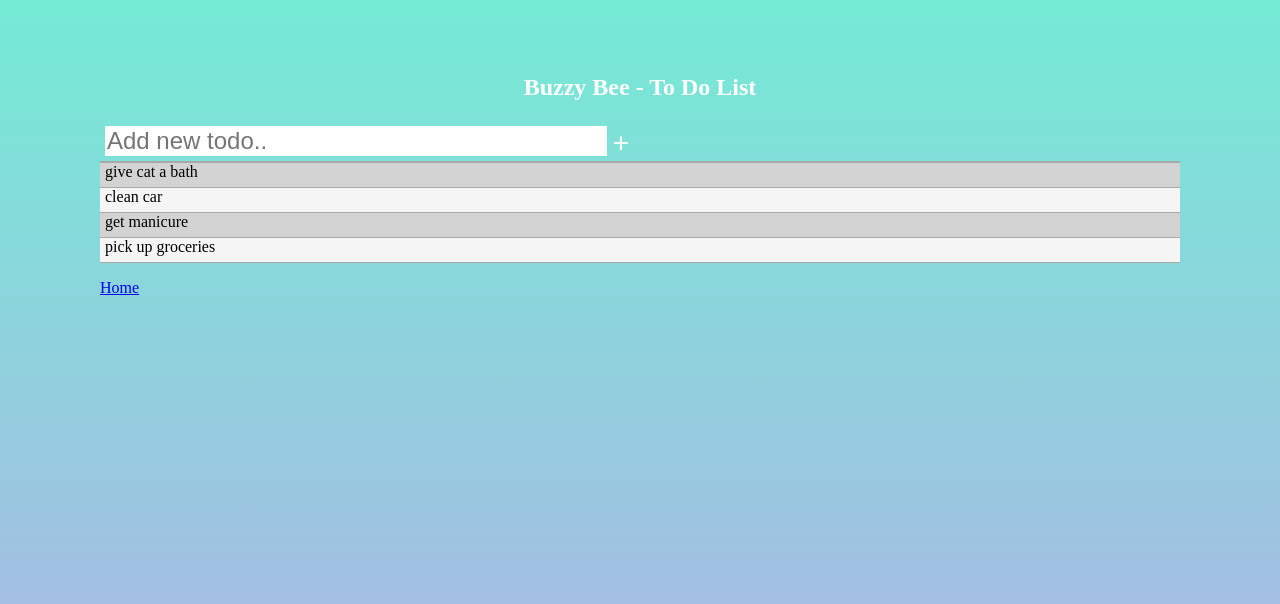
Repository: seleniadelgado/backend-spring2020-angie
Page: projects/todo/public_html/index.html
An editor plug-in stored every save of this project. The page is shown before and after the next save, followed by the edit.
The browser window is 1280 px wide. The pictures show the whole page.
The page's requests for data from a server got no answer.

Above is the page before, as saved 2020-05-12 21:43:47.

### projects/todo/public_html/index.html
<!DOCTYPE html>

<html lang="en">
    <head>
        <meta charset="utf-8">
        <title>Buzzy Bee - To Do List</title>
        <meta name="description" content="The HTML5 Herald">
        <meta name="author" content="SitePoint">
        <link rel="stylesheet" href="styles.css">
        <script
            src="https://code.jquery.com/jquery-3.5.0.min.js"
            integrity="sha256-xNzN2a4ltkB44Mc/Jz3pT4iU1cmeR0FkXs4pru/JxaQ="
            crossorigin="anonymous">
        </script>
</head>
<body>
    <div class="sectionTitle">
        <div class="appTitle">
            <h2>Buzzy Bee - To Do List</h2>
        </div>
        <div id="addNote">
            <input type="text" id="newNote" placeholder="Add new todo..">
            <button class="addBtn">+</button>
        </div>
    </div>

    <ul id="myList">
        <li class="checked">give cat a bath</li>
        <li>clean car</li>
        <li>get manicure</li>
        <li>pick up groceries</li>
    </ul>






















    <a href="http://localhost:3000/">Home</a>



    <script>
        $(document).ready(() => {
            let objectToSend = {
                note: "Do somethings",
                author: "Nick"
            }

            $.post("http://localhost:3000/newNote", objectToSend, (dataToGet) => {
                console.log(dataToGet);
            });
            $.post("http://localhost:3000/readNotes", {}, (dataToGet) => {
                let allNotesArray = dataToGet.notes;

                console.log(allNotesArray);
            })
        })

        //import the data from default user
        // make JSON into JS with parse.
        //with the list we want to populate our ul.
        //use jquery to access the dom, grab the string
        //loop over notes
        //add the note as an li to the ul
        //  Create li with jquery.
        //  target the ul with jquery and append the li.
        //note: $('<li></li>'')
        //      $('ul') -> a jquery list which holds the ul.
        //      get 1st element from the array

    </script>
</body>
</html>

### projects/todo/public_html/styles.css
:root {
    --main-color: linear-gradient(pink, orange);
}

html {
    background: linear-gradient(#74ebd5, #ACB6E5);
    height: 100%;
}
* {
    box-sizing: border-box;
}
body {
    margin: 0px 100px 75px 100px;
}

.sectionTitle {
    background-color: var(--main-color);
    text-align: center;
    border-bottom: 2px solid darkgray;
    margin-top: 0%;
}

.appTitle h2 {
    color: white;
    padding-top: 5%;
}
#addNote {
    display: flex;
    align-items: flex-start;
    padding: 5px;
    height: 30px;
    width: 50%;
    margin-bottom: 10px;
    font-family: 'Gill Sans', 'Gill Sans MT', Calibri, 'Trebuchet MS', sans-serif;
}
.addBtn {
    margin-left: 0%;
    margin-bottom: 2%;
    font-size: 28px;
    color: white;
    border: none;
    background: none;
}
#newNote {
    border: none;
    width: 100%;
    height: 150%;
    font-size: 24px;
}

#myList li:nth-child(odd) {
    background: lightgray;
  }
#myList {
    list-style: none;
    padding: 0px;
    margin-top: 0px;
}

#myList li {
    cursor: pointer;
    height: 25px;
    border-bottom: 1px solid darkgray;
    background-color: whitesmoke;
    padding-left: 5px;
}

After the next save:
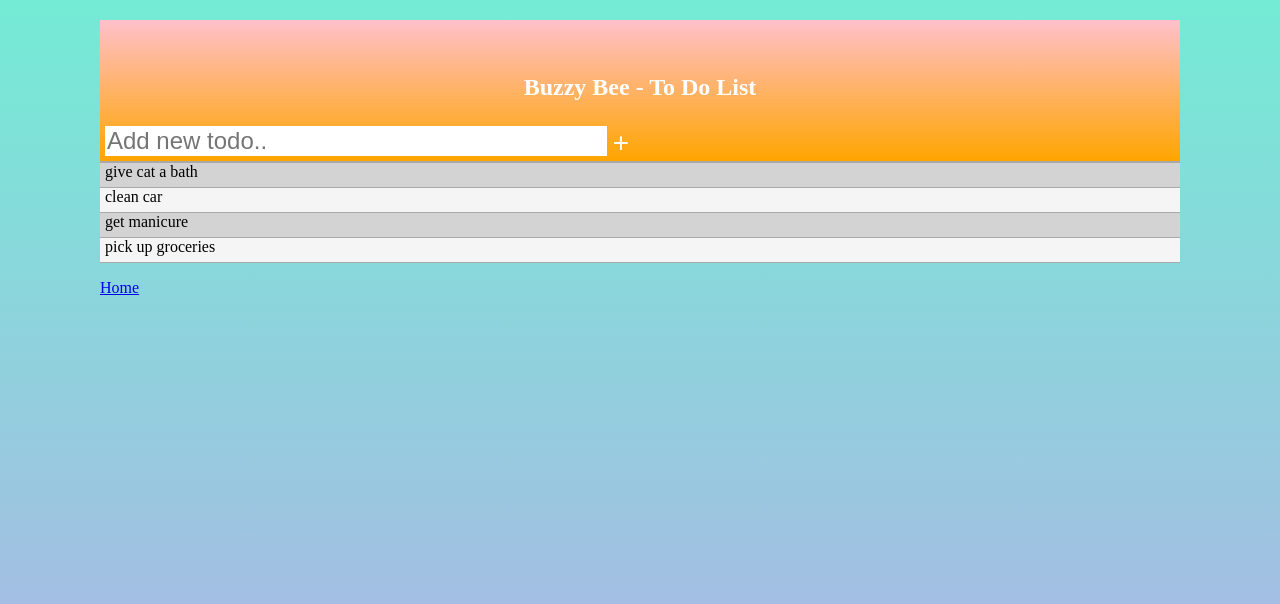
Saved 25 s later.
--- a/projects/todo/public_html/styles.css
+++ b/projects/todo/public_html/styles.css
@@ -14,7 +14,7 @@ body {
 }
 
 .sectionTitle {
-    background-color: var(--main-color);
+    background: var(--main-color);
     text-align: center;
     border-bottom: 2px solid darkgray;
     margin-top: 0%;
